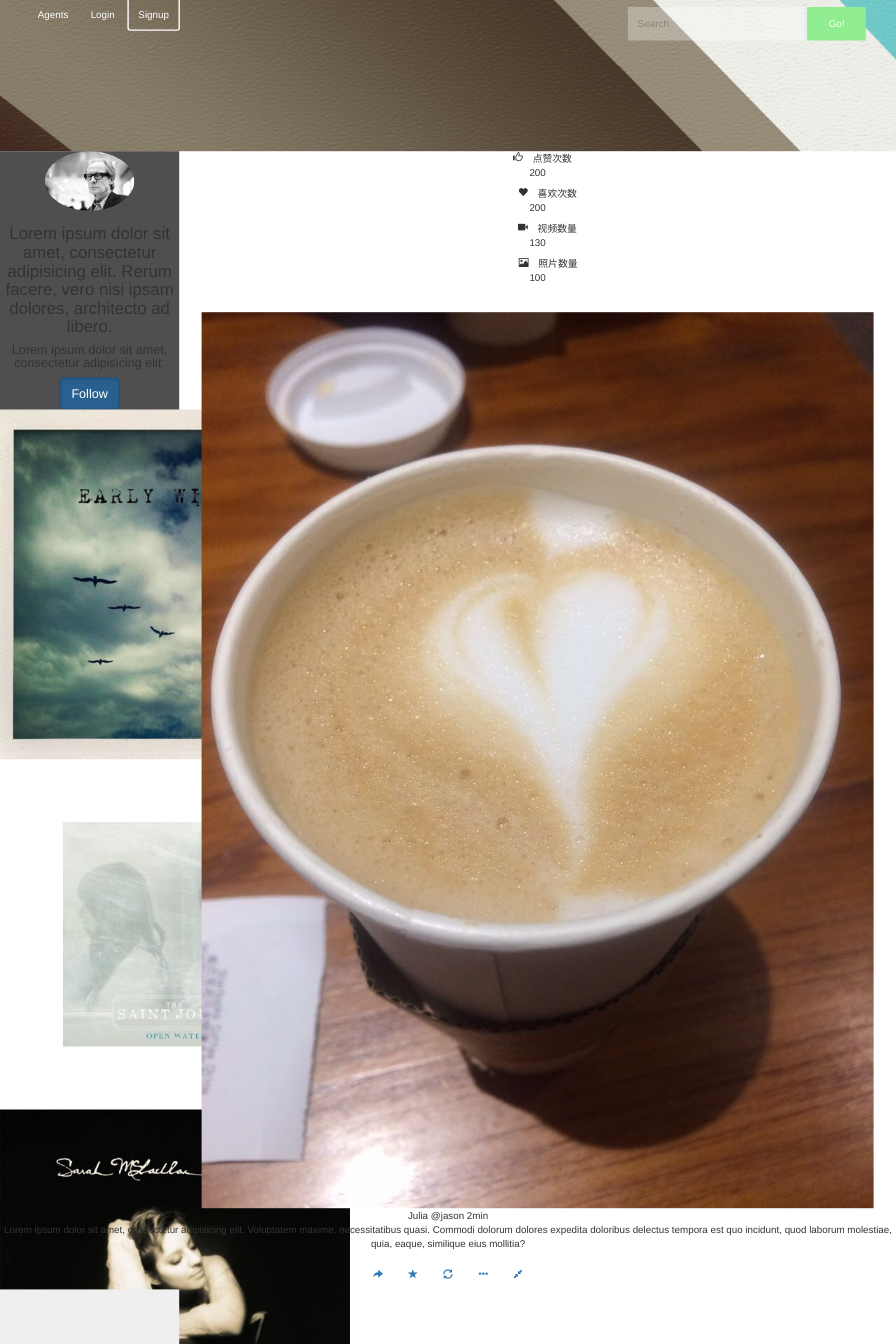
Repository: JasonBour/Beautypedia
Page: http://localhost/profile.php
These files come from the project's save history. The page is drawn as it stood at one moment and after the next save; the edit follows.
The browser window is 1280 px wide. The pictures show the part of the page from y = 0 to 1920 px (the page is 4585 px tall), at 70% of full size.
The page is run by PHP 8.4 with error messages shown; the project is at /var/www/html/.

Above is the page before, as saved 2015-09-16 10:30:54.

After the next save:
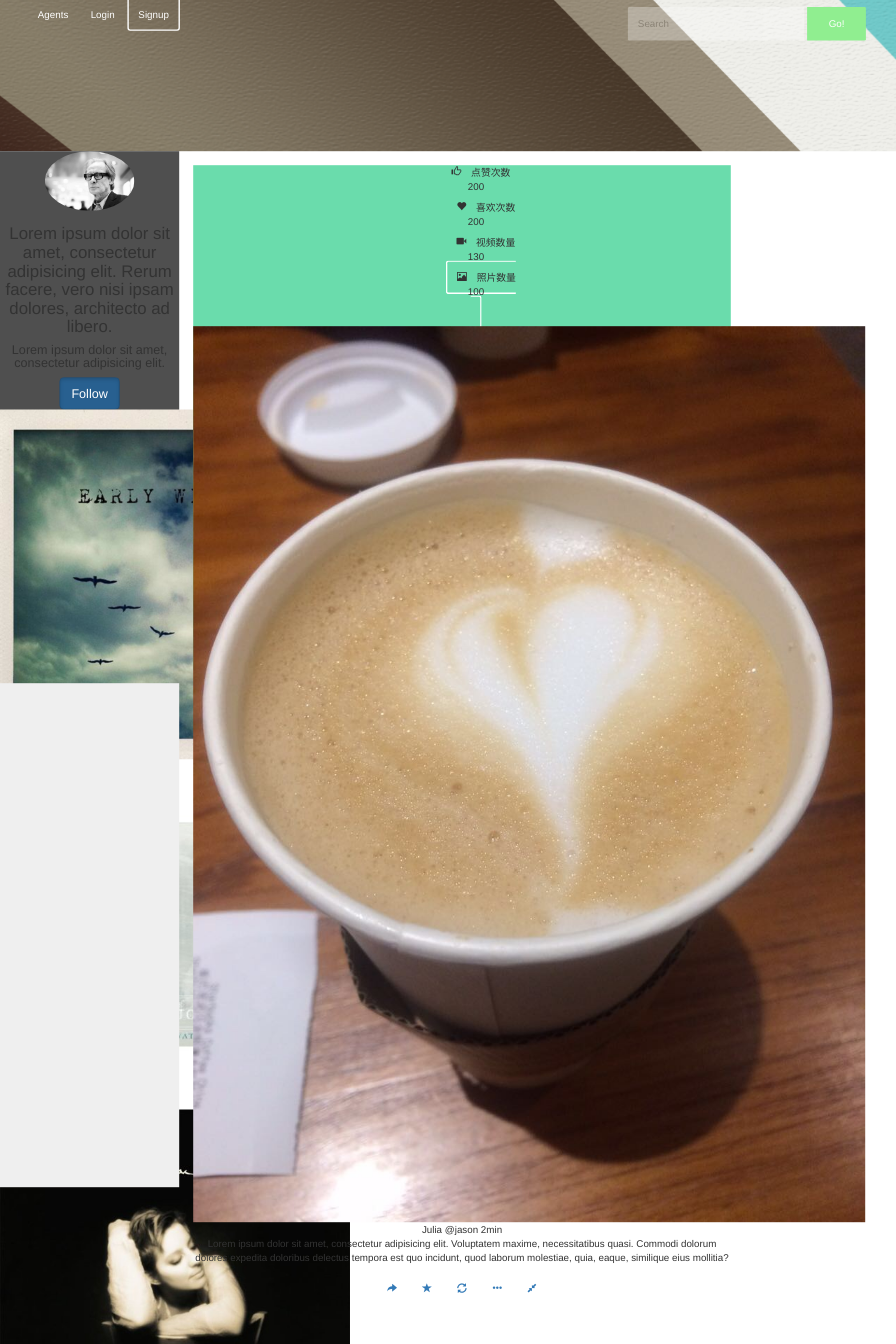
Saved 5 s later.
--- a/Beautypedia/css/profile.css
+++ b/Beautypedia/css/profile.css
@@ -47,7 +47,7 @@ div.left-profile{
 }
 
 div.center-news{
-	margin:20px 20px 20px
+	margin:20px 20px 20px;
 	float:left;
     display:inline;
     width:60%;
